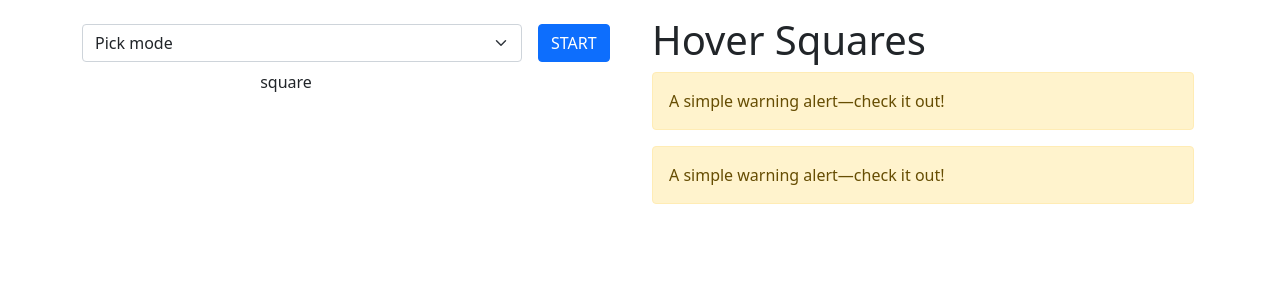
Repository: tsydikov/StarNaviTestTask
Page: /
These files come from the project's save history. The page is drawn as it stood at one moment and after the next save; the edit follows.
The browser window is 1280 px wide. The pictures show the whole page.
The project was rebuilt for these pictures with package versions that can differ from the ones it lists, and the page was loaded fresh each time.

Above is the page before, as saved 2021-08-13 11:52:02.

After the next save:
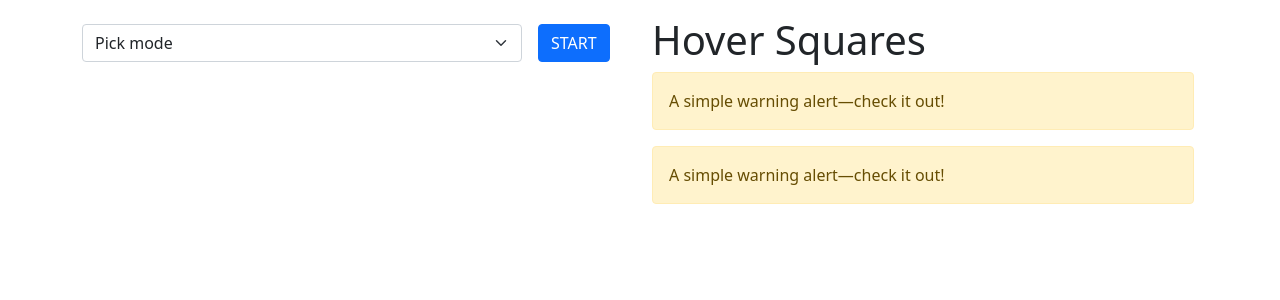
Saved 107 s later.
--- a/src/component/Squares.js
+++ b/src/component/Squares.js
@@ -2,7 +2,10 @@ import React from "react";
 const square = document.createElement('div')
 // eslint-disable-next-line
 export default () => {
-    square.classList.add('square')
+    function addSquares() {
+        square.classList.add('square')
+    }
+
     console.log(square)
     console.log(document.getElementById('#board'))
 
@@ -10,7 +13,7 @@ export default () => {
         <div className="row">
             <div className="col">
               <div className="containerSquares" id="board">
-                square
+                {addSquares}
               </div>
             </div>
           </div>
